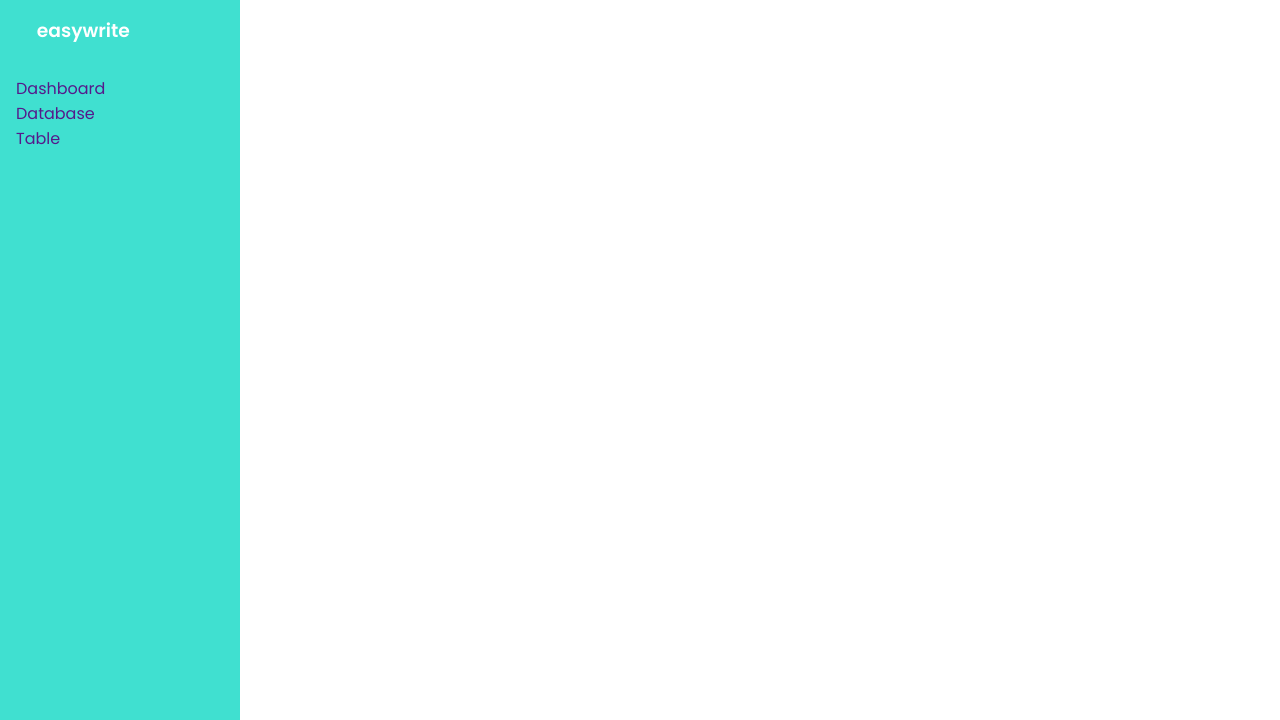
Repository: ngan429/CRUD_14
Page: http://localhost/crudweb/
The author's editor kept a copy of each file at every save. The page is drawn from the files as they stood at one save, then again after the next save.
The browser window is 1280 px wide. The pictures show the whole page.
Some icons come from a web library that is not loaded, so they are not drawn. The page is served by Tomcat 9.

Above is the page before, as saved 2022-06-03 20:35:03.

After the next save:
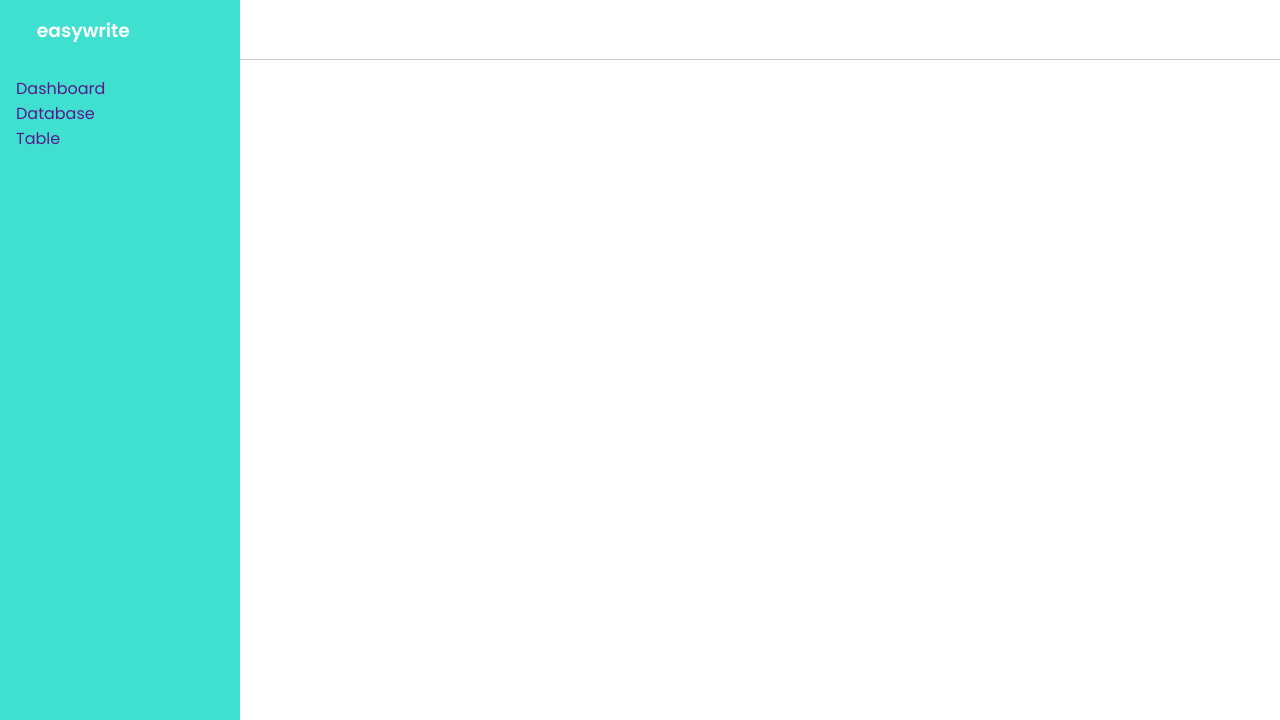
Saved 10 min 47 s later.
--- a/crudweb/crudweb/WebContent/index.jsp
+++ b/crudweb/crudweb/WebContent/index.jsp
@@ -49,6 +49,24 @@
 .slidebar a span:last-child {
 	padding-right: 0rem 1rem;
 }
+.main-content{
+	position: relative;
+	margin-left: 240px;
+}
+header{
+	position: fixed;
+	left: 240px;
+	top: 0;
+	z-index: 100;
+	width: calc(100% - 240px);
+	background: #fff;
+	height: 60px;
+	padding: 0rem 1rem;
+	display: flex;
+	align-items: center;
+	justify-content: space-between;
+	border-bottom: 1px solid #ccc;
+}
 </style>
 </head>
 <body>
